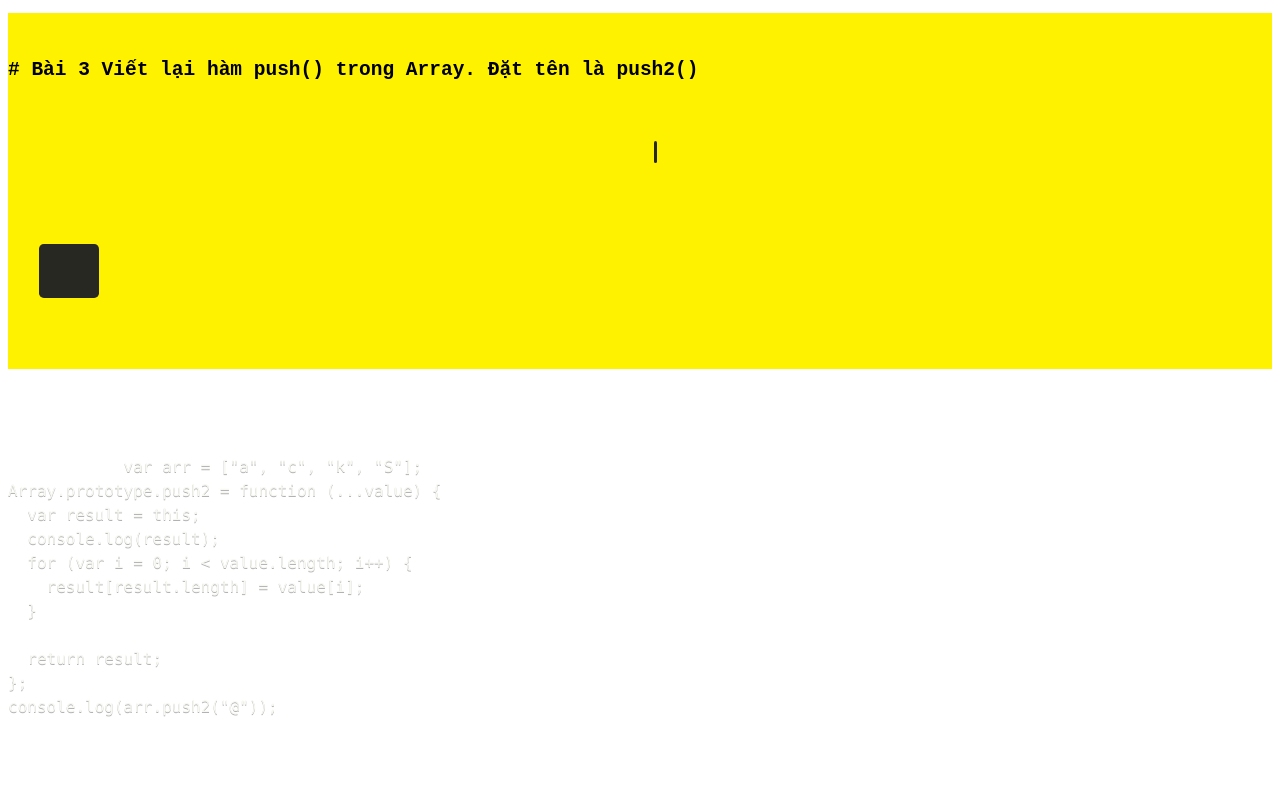
Repository: Dongnguyen318/Quydong
Page: Day 22.1/ex03.html
The author's editor kept a copy of each file at every save. The page is drawn from the files as they stood at one save, then again after the next save.
The browser window is 1280 px wide. The pictures show the whole page.

Above is the page before, as saved 2023-09-05 23:22:24.

After the next save:
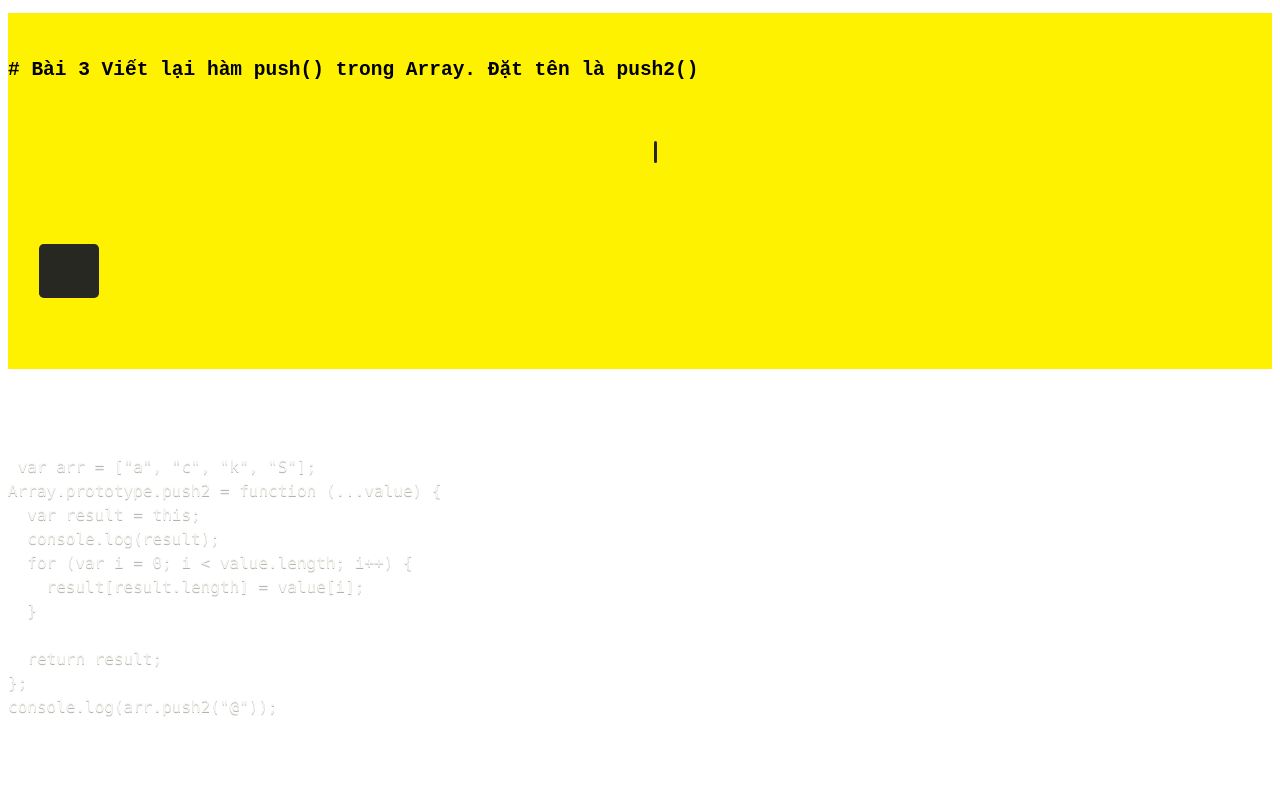
Saved 9 s later.
--- a/Day 22.1/ex03.html
+++ b/Day 22.1/ex03.html
@@ -29,7 +29,7 @@
     <br />
     <pre>
         <code class="language-js">
-            var arr = ["a", "c", "k", "S"];
+ var arr = ["a", "c", "k", "S"];
 Array.prototype.push2 = function (...value) {
   var result = this;
   console.log(result);
